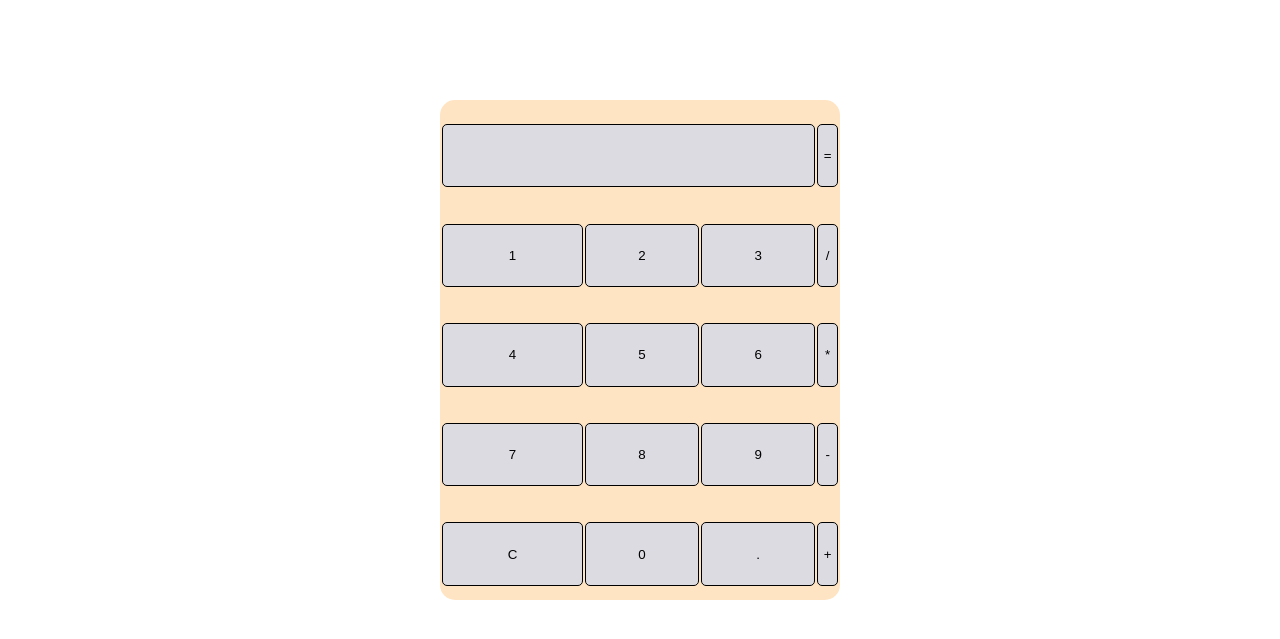
Repository: Seryozha02/CalculatorAndStopwatch
Page: calculator.html
An editor plug-in stored every save of this project. The page is shown before and after the next save, followed by the edit.
The browser window is 1280 px wide. The pictures show the whole page.

Above is the page before, as saved 2022-10-03 00:31:02.

### calculator.html
<!DOCTYPE html>
<html lang="en">
  <head>
    <meta charset="UTF-8" />
    <meta http-equiv="X-UA-Compatible" content="IE=edge" />
    <meta name="viewport" content="width=device-width, initial-scale=1.0" />
    <link rel="stylesheet" href="calculator.css" />
    <title>Calculator</title>
  </head>
  <body>
    <table id="calculator">
      <tr>
        <td colspan="3"><input class="display-box" type="text" id="result"/></td>
        <td><input type="button" value="=" onclick="calculate()" id="btn"></td>
      </tr>
      <tr>
        <td><input type="button" value="1" onclick="display(('1'))" /></td>
        <td><input type="button" value="2" onclick="display(('2'))" /></td>
        <td><input type="button" value="3" onclick="display(('3'))" /></td>
        <td><input type="button" value="/" onclick="display(('/'))" /></td>
      </tr>
      <tr>
        <td><input type="button" value="4" onclick="display(('4'))"></td>
        <td><input type="button" value="5" onclick="display(('5'))"></td>
        <td><input type="button" value="6" onclick="display(('6'))"></td>
        <td><input type="button" value="*" onclick="display(('*'))"></td>
      </tr>
      <tr>
        <td><input type="button" value="7" onclick="display(('7'))"></td>
        <td><input type="button" value="8" onclick="display(('8'))"></td>
        <td><input type="button" value="9" onclick="display(('9'))"></td>
        <td><input type="button" value="-" onclick="display(('-'))"></td>
      </tr>
      <tr>
      <td><input type="button" value="C" onclick="cleareScreen()" id="btn"></td>
      <td><input type="button" value="0" onclick="display(('0'))"></td>
      <td><input type="button" value="." onclick="display(('.'))"></td>
      <td><input type="button" value="+" onclick="display(('+'))"></td>
    </tr>
    </table>
  </body>
  <script src="calculator.js"></script>
</html>

### calculator.css
* {
    margin: 0;
    padding: 0;
    text-decoration: none;
    box-sizing: border-box;
}

#calculator {
    background-color: bisque;
    border-radius: 15px;
    margin: 0 auto;
    margin-top: 100px;
    width: 400px;
    height: 500px;
    font-size: 50px;
}

table tr td input{
    font-family: 'Orbitron', sans-serif;
    background-color: #dcdbe1;
    border: solid black 0.5px;
    color: black;
    border-radius: 5px;
    width: 100%;
    height: 65%;
}

Loaded but not shown: calculator.js (no copy from this time; the picture is the same without it)

After the next save:
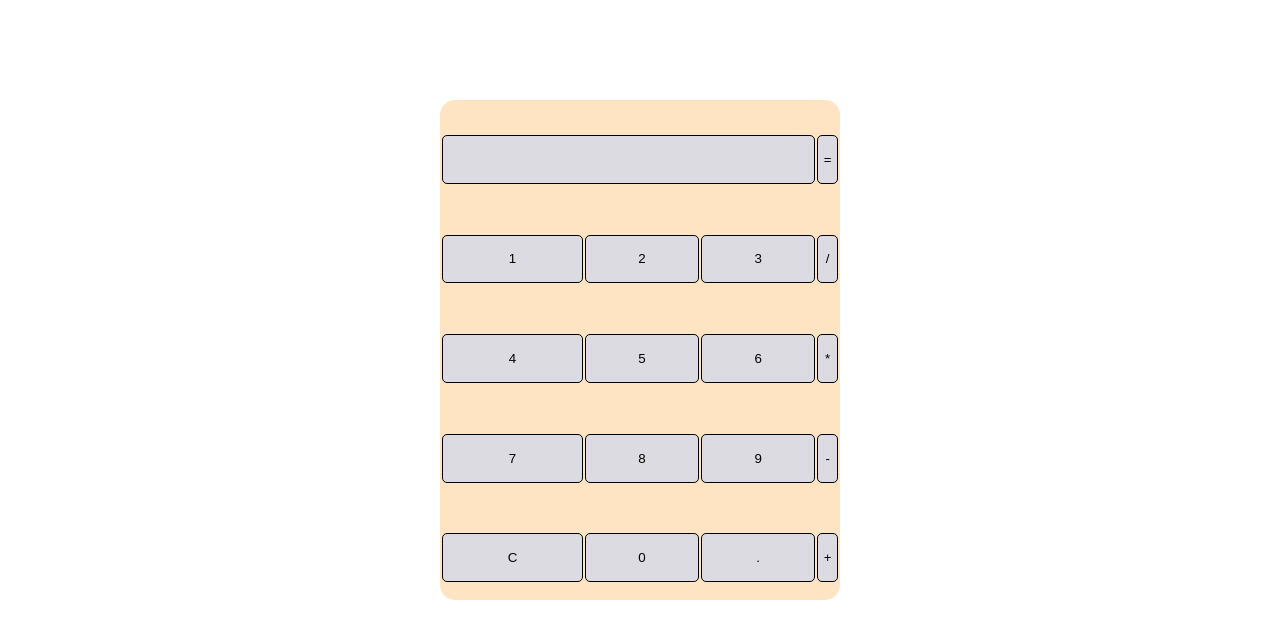
Saved 7 s later.
--- a/calculator.css
+++ b/calculator.css
@@ -22,5 +22,5 @@ table tr td input{
     color: black;
     border-radius: 5px;
     width: 100%;
-    height: 65%;
+    height: 50%;
 }
